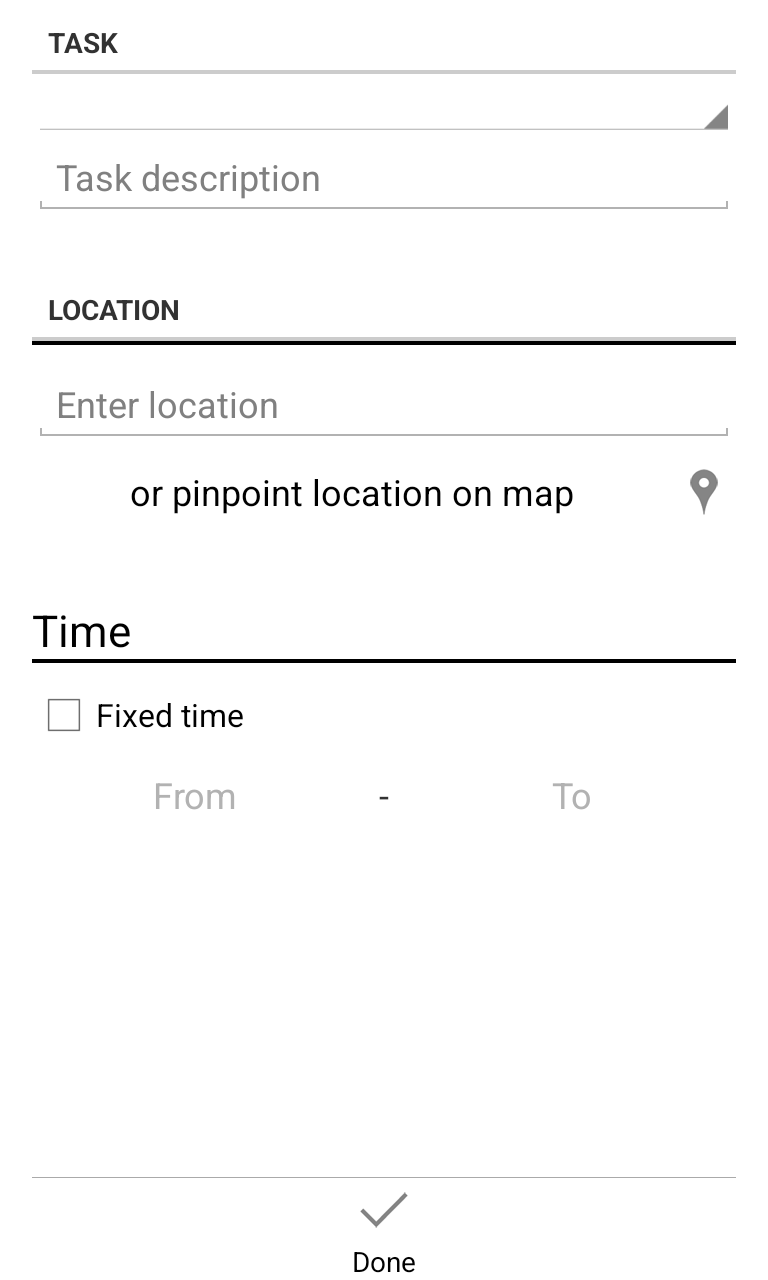
Repository: larserikstrand/IMT4904-Master
Layout: Todoity/res/layout/activity_new_task.xml
The author's editor kept a copy of each file at every save. The layout is drawn from the files as they stood at one save, then again after the next save.
It is drawn on a 768 x 1280 px phone screen (xhdpi) without system bars, with theme android:Theme.Holo.Light; the app's code is not run.

Above is the layout before, as saved 2014-03-14 07:55:39.

After the next save:
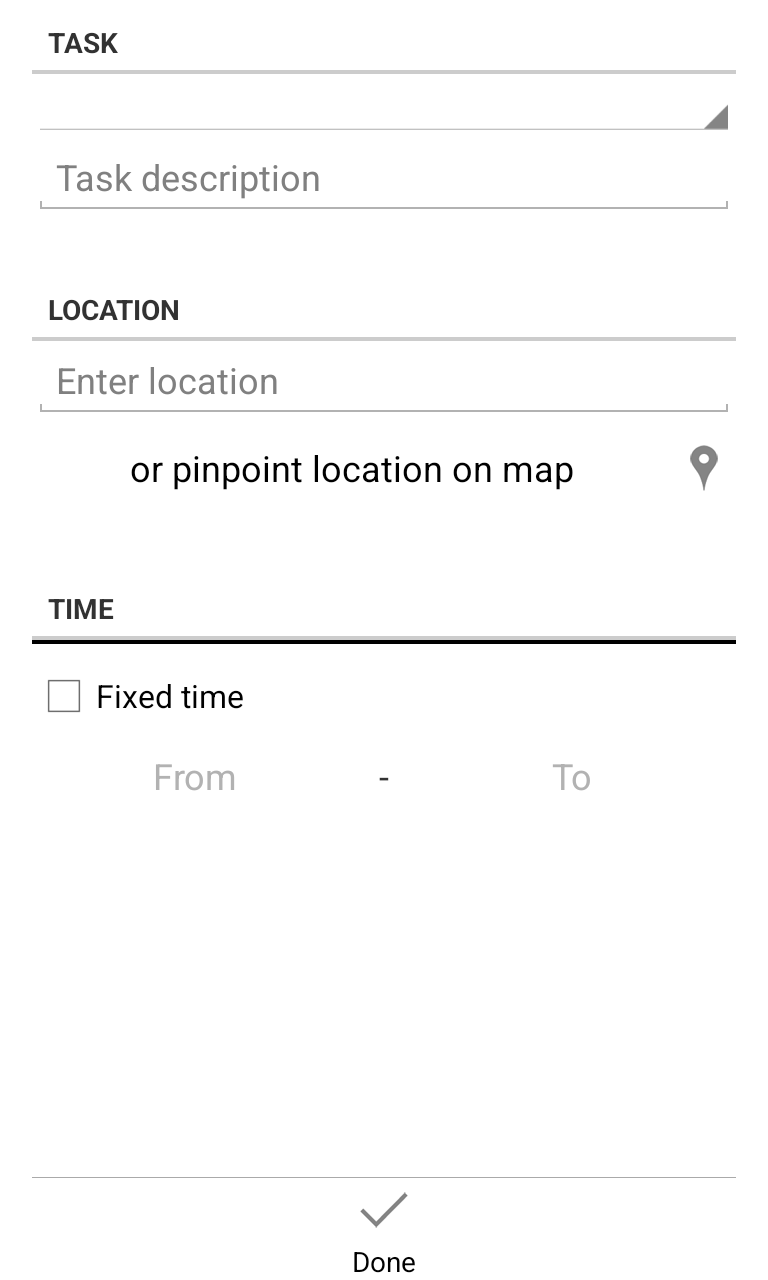
Saved 27 s later.
--- a/Todoity/res/layout/activity_new_task.xml
+++ b/Todoity/res/layout/activity_new_task.xml
@@ -44,11 +44,6 @@
         		android:text="@string/location"
         		style="?android:listSeparatorTextViewStyle" />
 
-        	<View android:layout_width="match_parent"
-        		android:layout_height="2dp"
-        		android:layout_marginBottom="10dp"
-        		android:background="@android:color/black" />
-
     		<AutoCompleteTextView android:id="@+id/location_text"
         		android:layout_width="match_parent"
         		android:layout_height="wrap_content"
@@ -63,11 +58,11 @@
         		android:drawableRight="@drawable/ic_location_place" />
 
     		<TextView
-        		android:layout_width="wrap_content"
+        		android:layout_width="match_parent"
         		android:layout_height="wrap_content"
         		android:layout_marginTop="30dp"
         		android:text="@string/time"
-        		android:textAppearance="?android:attr/textAppearanceLarge" />
+        		style="?android:listSeparatorTextViewStyle" />
 
     		<View android:layout_width="match_parent"
         		android:layout_height="2dp"
